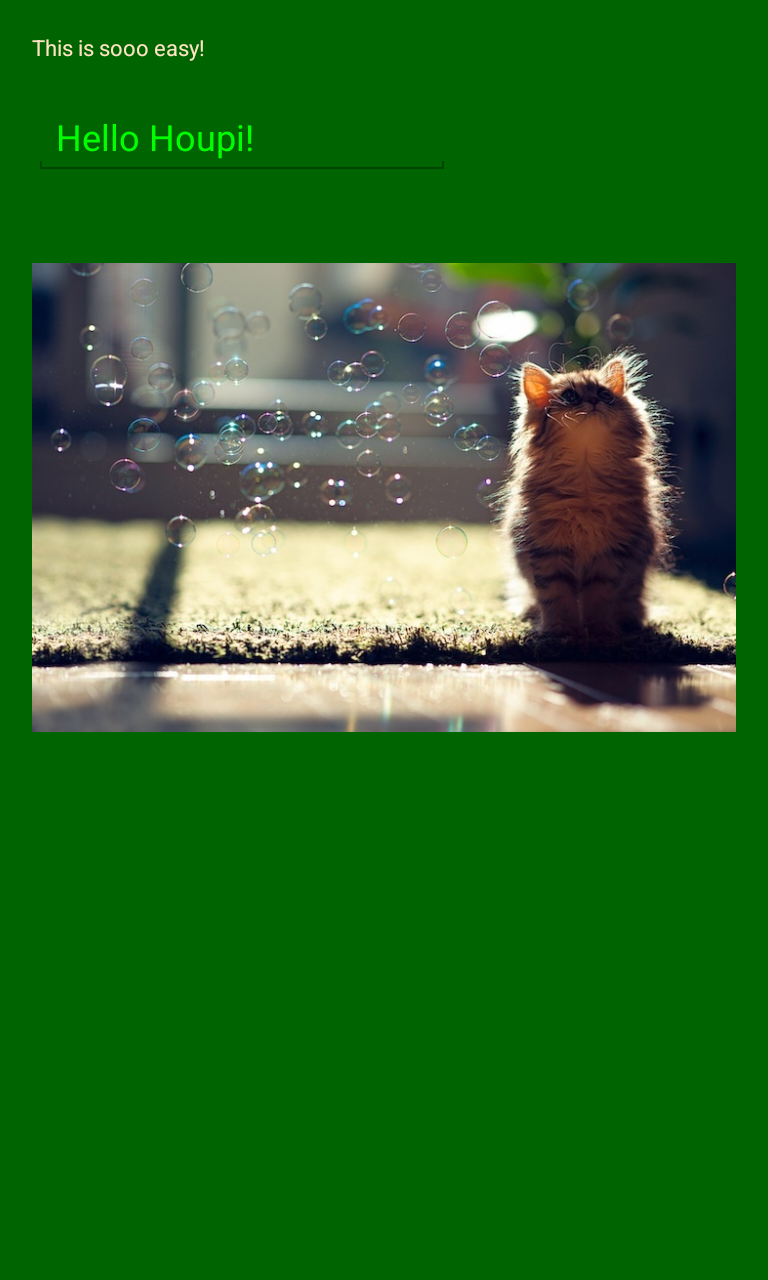
Repository: wzbbbb/bkp_home
Layout: java/Droid1/res/layout/activity_second.xml
An editor plug-in stored every save of this project. The layout is shown before and after the next save, followed by the edit.
It is drawn on a 768 x 1280 px phone screen (xhdpi) without system bars, with theme AppTheme; the app's code is not run.

Above is the layout before, as saved 2013-09-21 18:37:11.

### java/Droid1/res/layout/activity_second.xml
<RelativeLayout xmlns:android="http://schemas.android.com/apk/res/android"
    xmlns:tools="http://schemas.android.com/tools"
    android:layout_width="match_parent"
    android:layout_height="match_parent"
    android:background="@color/background_color"
    android:paddingBottom="@dimen/activity_vertical_margin"
    android:paddingLeft="@dimen/activity_horizontal_margin"
    android:paddingRight="@dimen/activity_horizontal_margin"
    android:paddingTop="@dimen/activity_vertical_margin"
    tools:context=".DroidActivity" >

    <TextView
        android:id="@+id/textView1"
        android:layout_width="wrap_content"
        android:layout_height="wrap_content"
        android:text="@string/test_output"
        android:textColor="@color/app_text_color"
        android:textSize="@dimen/text_size" />

    <EditText
        android:id="@+id/editText1"
        android:layout_width="wrap_content"
        android:layout_height="wrap_content"
        android:layout_alignLeft="@+id/textView1"
        android:layout_below="@+id/textView1"
        android:layout_marginTop="18dp"
        android:ems="10"
        android:text="@string/hello_world"
        android:textColor="@color/text_color_2" />

    <ImageView
        android:id="@+id/imageView1"
        android:layout_width="wrap_content"
        android:layout_height="wrap_content"
        android:layout_alignLeft="@+id/editText1"
        android:layout_below="@+id/editText1"
        android:layout_marginTop="40dp"
        android:src="@drawable/cat_bubble" />

</RelativeLayout>

### java/Droid1/res/values/colors.xml
<?xml version="1.0" encoding="utf-8"?>
<resources>
    <color name="background_color">#006400</color>
    <color name="app_text_color">#FFE4C4</color>
    <color name="text_color_2">#00FF00</color>

</resources>

### java/Droid1/res/values/dimens.xml
<resources>

    <!-- Default screen margins, per the Android Design guidelines. -->
    <dimen name="activity_horizontal_margin">16dp</dimen>
    <dimen name="activity_vertical_margin">16dp</dimen><dimen name="text_size">22px</dimen>


</resources>

### java/Droid1/res/values/strings.xml
<?xml version="1.0" encoding="utf-8"?>
<resources>

    <string name="app_name">Droid #1</string>
    <string name="action_settings">Settings</string>
    <string name="hello_world">Hello Houpi!</string>
    <string name="test_output">This is sooo easy!</string>

</resources>

Loaded but not shown: java/Droid1/res/values/styles.xml (common file); java/Droid1/res/values-v11/styles.xml (common file); java/Droid1/res/values-v14/styles.xml (common file)

After the next save:
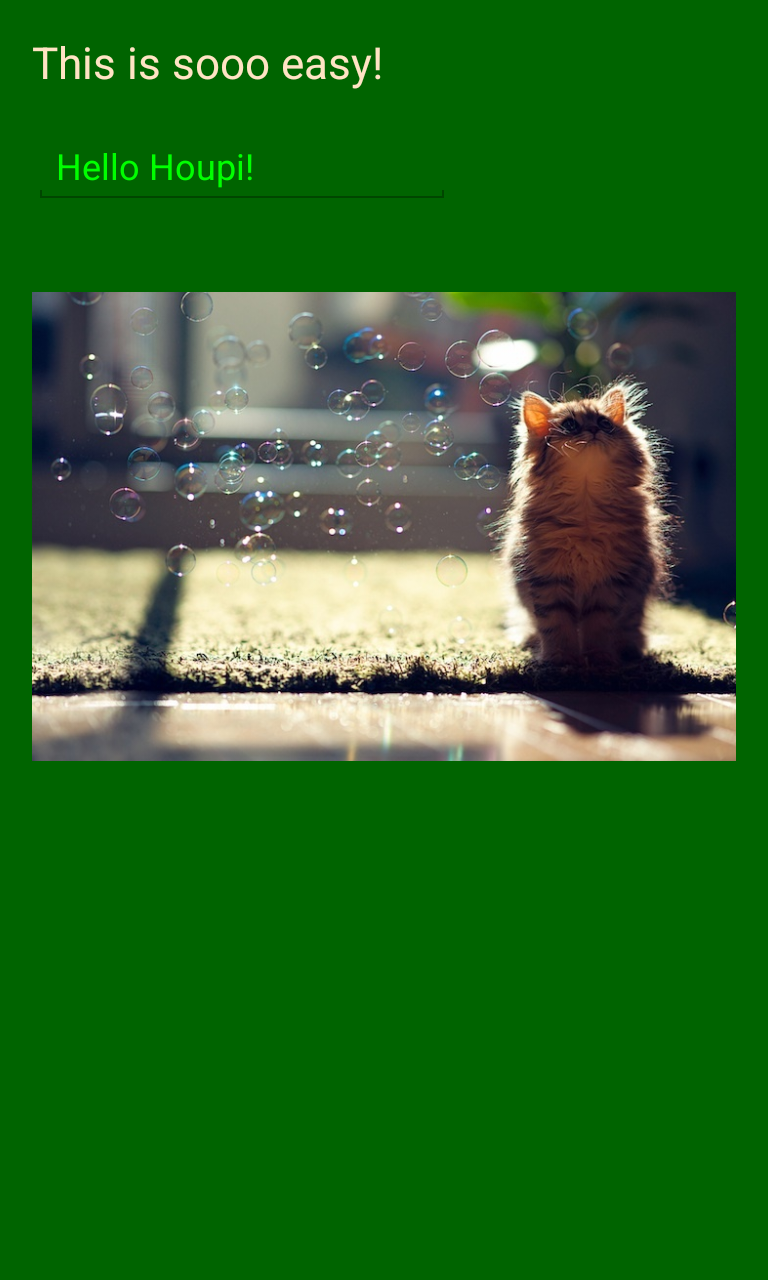
Saved 103 s later.
--- a/java/Droid1/res/values/dimens.xml
+++ b/java/Droid1/res/values/dimens.xml
@@ -2,7 +2,7 @@
 
     <!-- Default screen margins, per the Android Design guidelines. -->
     <dimen name="activity_horizontal_margin">16dp</dimen>
-    <dimen name="activity_vertical_margin">16dp</dimen><dimen name="text_size">22px</dimen>
+    <dimen name="activity_vertical_margin">16dp</dimen><dimen name="text_size">22dp</dimen>
 
 
 </resources>
